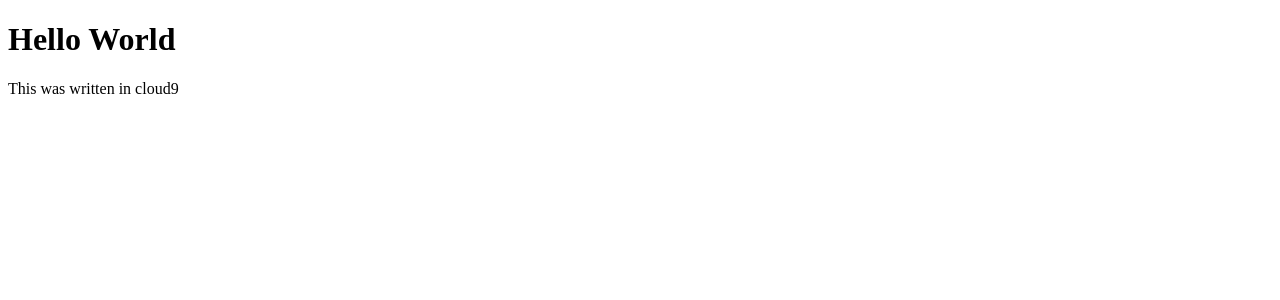
Repository: mfaherty/MyFirstWebSite
Page: Stream-one.html
The author's editor kept a record of every edit. The page is drawn from the files as they stood at one moment, then again after the next edit.
The browser window is 1280 px wide. The pictures show the whole page.

Above is the page before.

After the next edit:
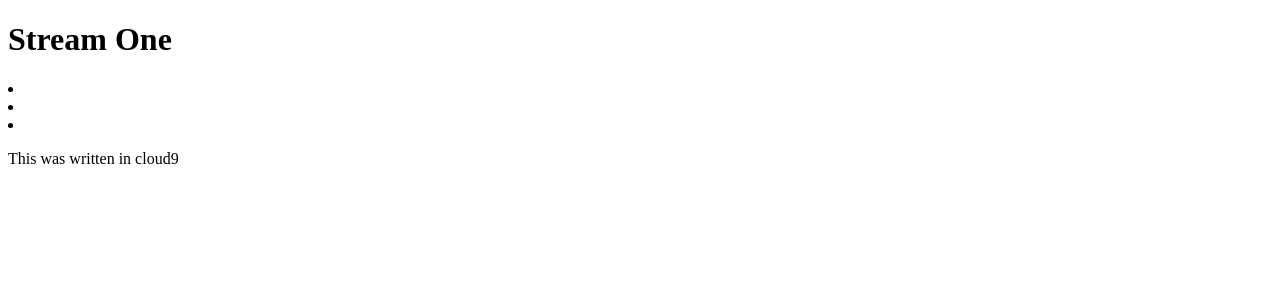
The edit:
--- a/Stream-one.html
+++ b/Stream-one.html
@@ -4,7 +4,14 @@
     <title>Stream One</title>
     </head>
      <body>
-        <h1> Hello World </h1>
+        <h1> Stream One </h1>
      </body>
+      <nav>
+      	<li> <a href=Stream-one.html> </a></li>
+      	<li> <a href=Stream-two.html> </a></li>
+      	<li> <a href=Stream-three.html> </a></li>
+
+      </nav>
+
      <p> This was written in cloud9 </p>
  </html>
